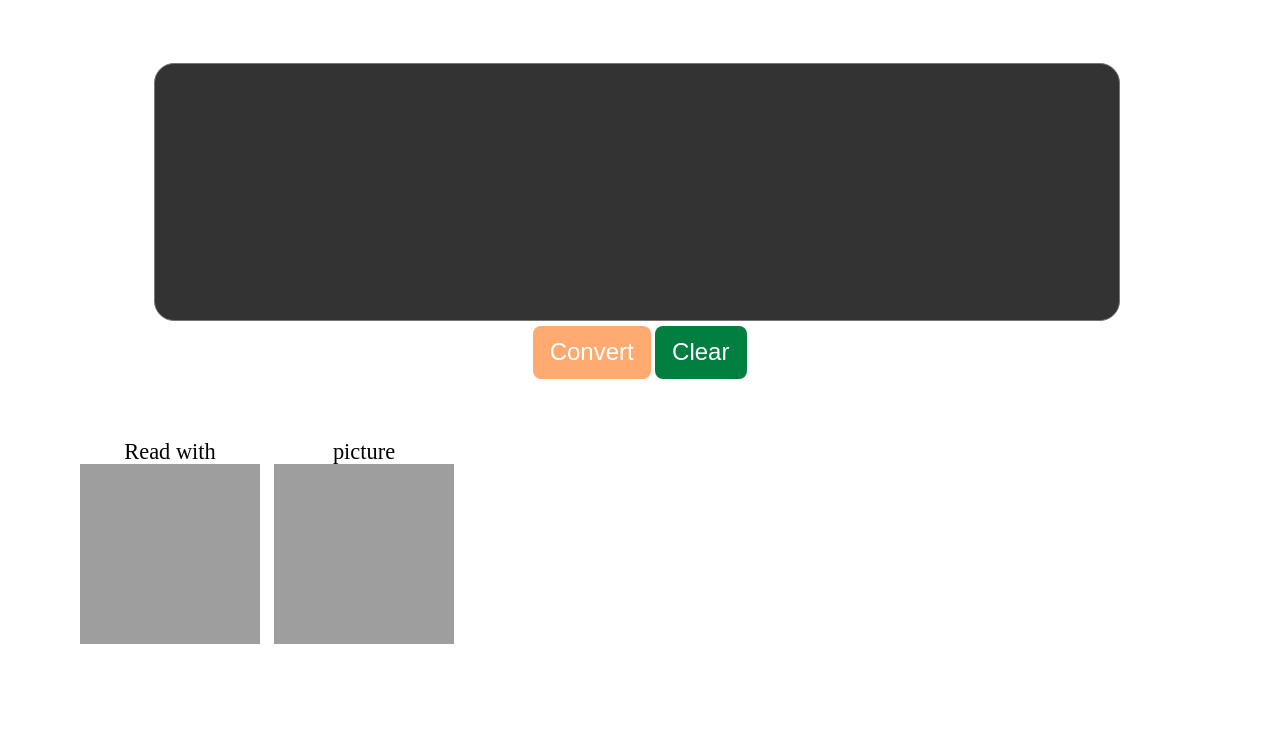
Repository: readwithpic/readwithpic.github.io
Page: platform14.html
The author's editor kept a record of every edit. The page is drawn from the files as they stood at one moment, then again after the next edit.
The browser window is 1280 px wide. The pictures show the whole page.
Pictures or frames that could not be fetched are drawn as grey boxes. Some web libraries are served in a nearby version.

Above is the page before.
Console error: TypeError: Cannot read properties of undefined (reading 'length')

After the next edit:
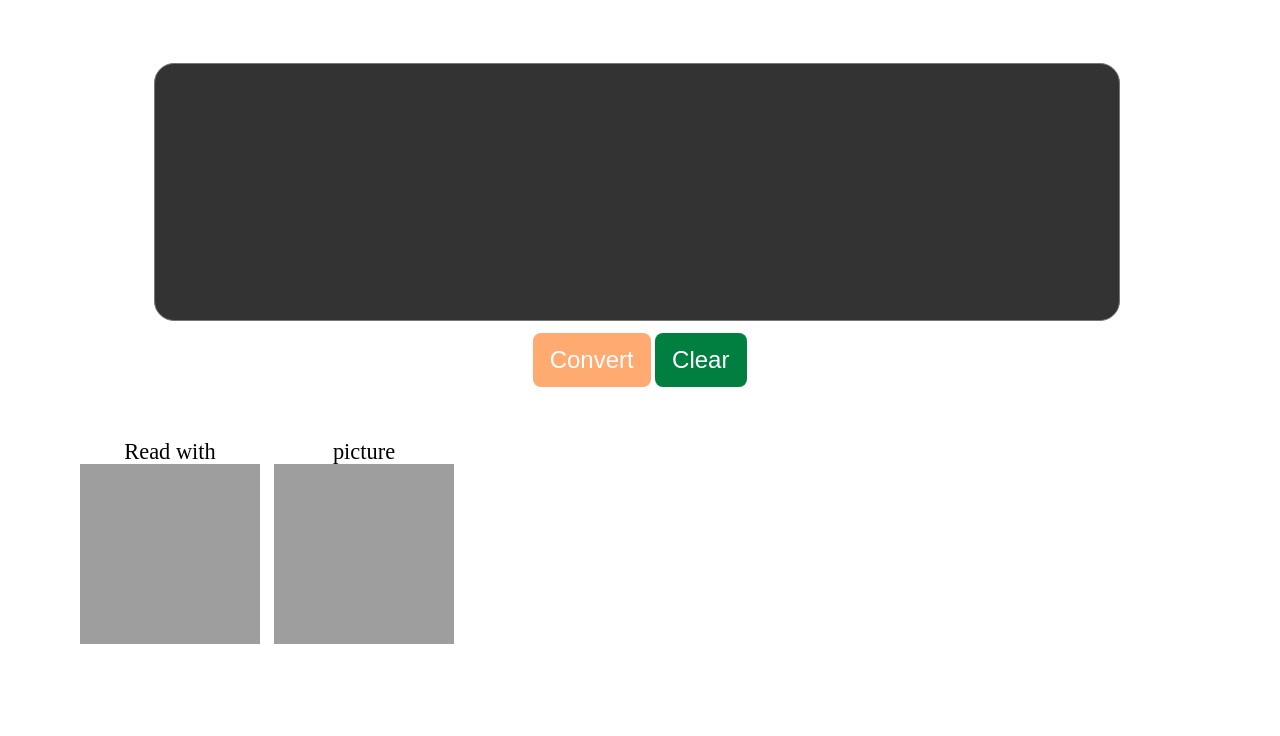
The edit:
--- a/style.css
+++ b/style.css
@@ -86,7 +86,7 @@
 .mainGroup {
     float:left;
     position:relative;
-    top:86%;
+    top:88%;
     left:50%;
 }
 
